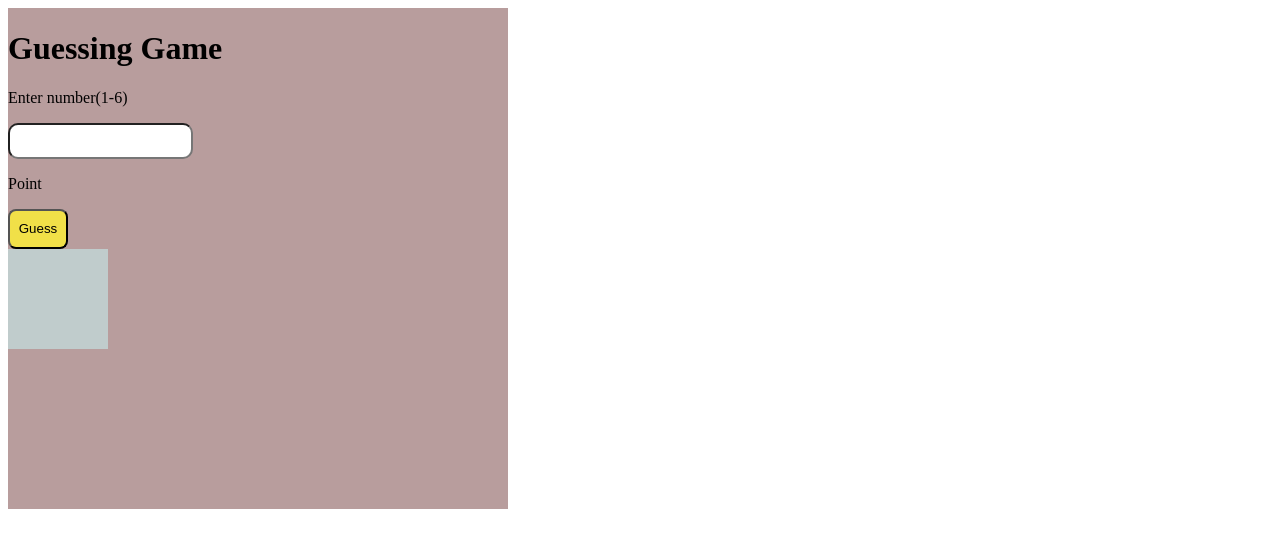
Repository: sedashahnazaryan/Guessing-Game
Page: index.html
These files come from the project's save history. The page is drawn as it stood at one moment and after a run of saves; the edit follows.
The browser window is 1280 px wide. The pictures show the whole page.

Above is the page before, as saved 2022-02-23 19:37:46.

After the next 3 saves:
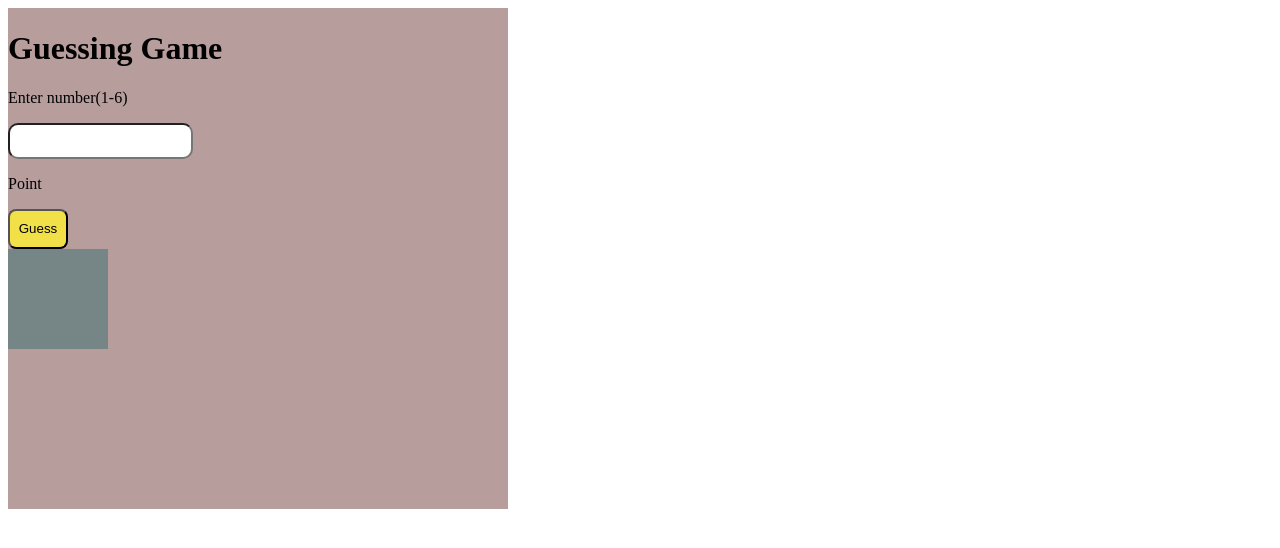
The 3 saves are shown as one change because they came seconds apart.
The last was saved 10 s later.
--- a/index.css
+++ b/index.css
@@ -18,5 +18,5 @@
 .table{
     height: 100px;
     width: 100px;
-    background-color: rgb(192, 204, 204);
+    background-color: rgb(118, 134, 134);
 }
